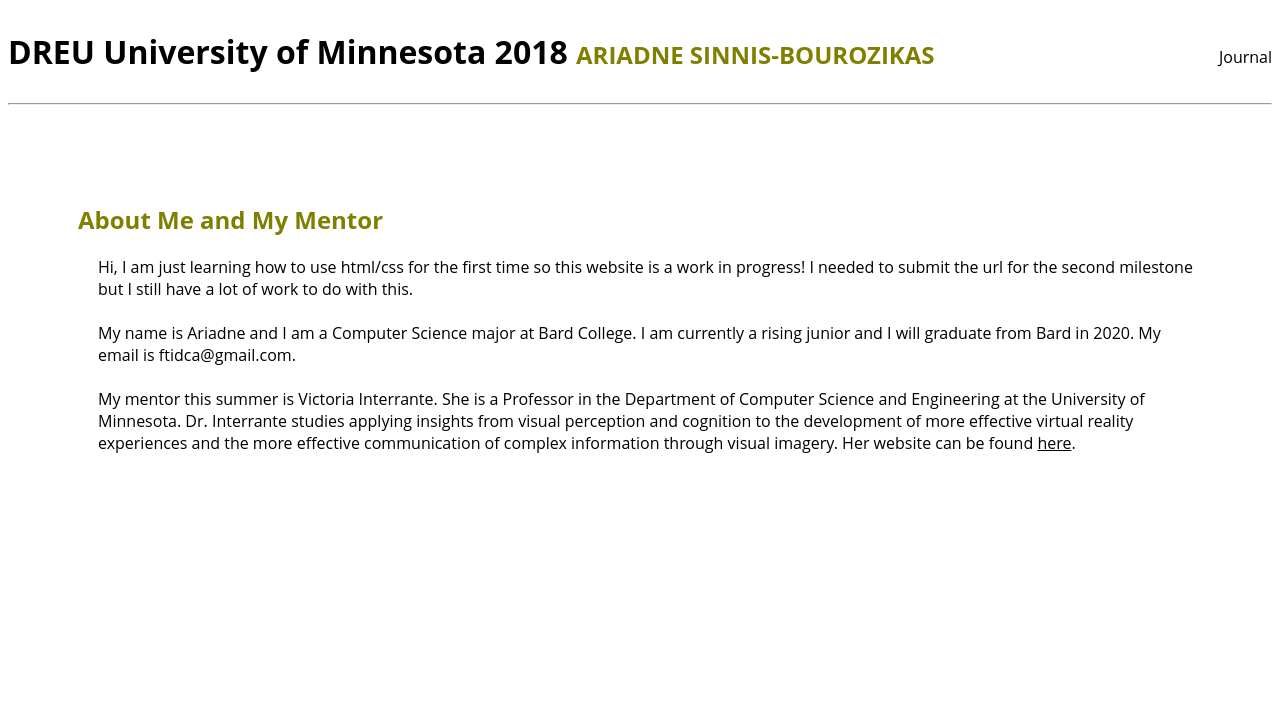
Repository: ariadnesb/dreu2018
Page: index.html
The author's editor kept a record of every edit. The page is drawn from the files as they stood at one moment, then again after the next edit.
The browser window is 1280 px wide. The pictures show the whole page.

Above is the page before.

### index.html
<!DOCTYPE html>
<html>
    <head>
        <title>It's me</title>
        <link rel="stylesheet" href="styles.css">
        <link href="https://fonts.googleapis.com/css?family=Roboto" rel="stylesheet">
    </head>

    <body>
        <div id="header">
            <br>
            <h1>DREU University of Minnesota 2018 </h1>
            <h2>ARIADNE SINNIS-BOUROZIKAS</h2>

            <ul class="nav-bar">
                <li><a href="./journal.html">Journal</a></li>
                <!-- <li><a href="/contact.html">Contact</a></li> -->
            </ul>
            <br><br><hr>
        </div>

        <div id= "journal">
             <h2> About Me and My Mentor </h2>
             <p>
                Hi, I am just learning how to use html/css for the first time so this website is a
                work in progress! I needed to submit the url for the second milestone but I still
                have a lot of work to do with this. <br><br>

                My name is Ariadne and I am a Computer Science major at Bard College. I am currently
                a rising junior and I will graduate from Bard in 2020.
                My email is ftidca@gmail.com.
                <br><br>
                My mentor this summer is Victoria Interrante. She is a Professor in the Department
                of Computer Science and Engineering at the University of Minnesota. Dr. Interrante
                studies applying insights from visual perception and cognition to the development
                of more effective virtual reality experiences and the more effective communication
                of complex information through visual imagery. Her website can be found
                <span id="emb_link"><a href="http://www-users.cs.umn.edu/~interran/">here</a></span>.

            </p>
        </div>


        <!--- divs and spans can have 1 id but many classes

        <h2>Sub header</h2>
        <h6>smol</h6>

        <div id="custom-id">
            Div tag item
        </div>
        Non div tag item

        <br><br>
        <span class="custom-class">Hello</span> world
        -->


    </body>

</html>

### styles.css
html {
  /* everything that u put here will impact contents of <html>
  aka everything */
  font-family: 'Open Sans', sans-serif;
  background-color: offwhite;

}

#custom-id {
    background-color: black;
    color: white;
}

.custom-class{
    color: blue;
    display: inline;

}

#name {
    color: #66D167;
}

#header h1 {
    display: inline;
}

#header h2 {
    display: inline;
    color: olive;
}

#header .nav-bar  {
    display: inline;
    float: right;
    list-style-type: none;

}

#header li {
    display: inline;
    padding: 0;
    background-color: none;
}

 a {
    text-decoration: none;
    display: inline;
    color: black;

}

 a:hover {
    background-color: olive;
    display: inline;
    color:white;
}

#emb_link {
    text-decoration: underline;
}

#journal {
    display:inline-block;
    margin: 70px;
}

#journal h2 {
    color: olive;
}

#journal p{
    margin-left: 20px;
}

#paragraph {
    margin: 70px;
}

After the next edit:
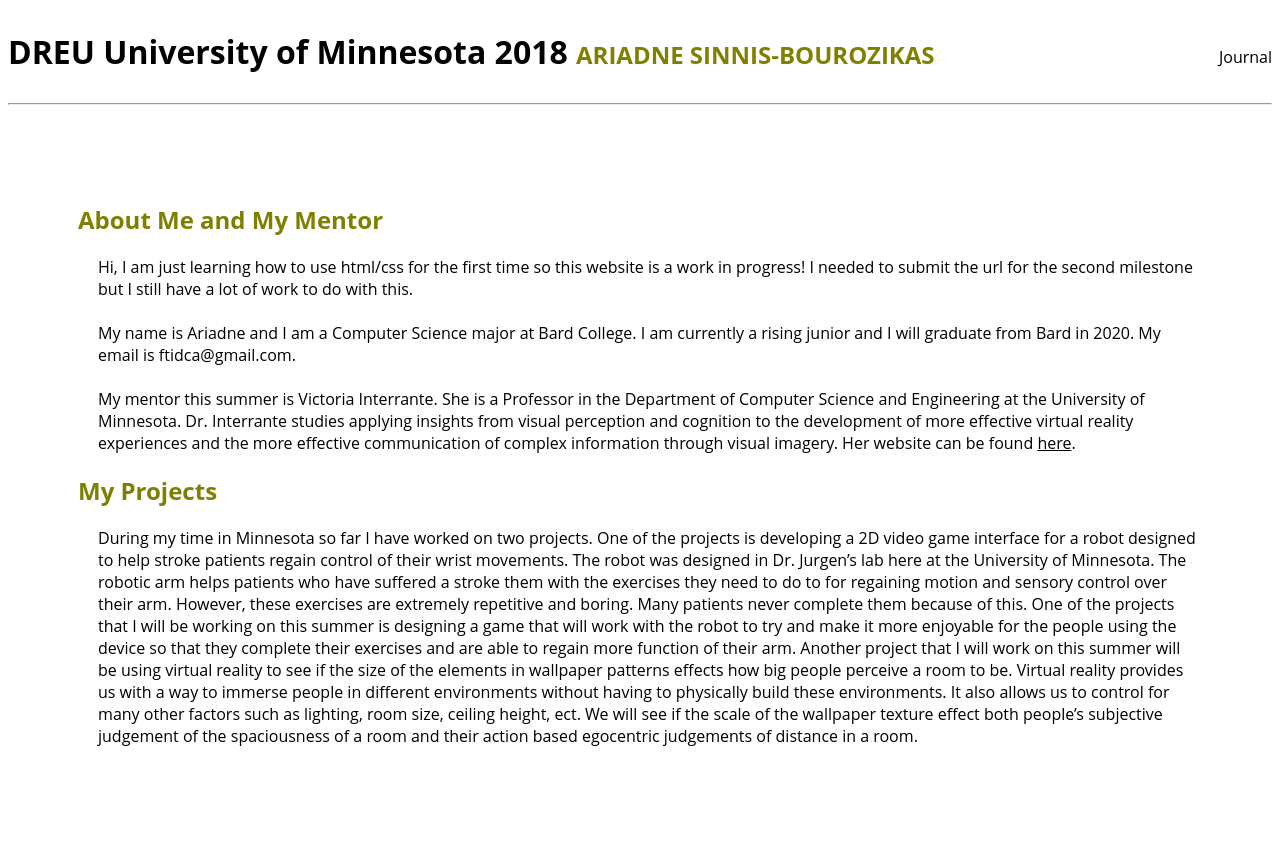
The edit:
--- a/index.html
+++ b/index.html
@@ -38,6 +38,19 @@
                 <span id="emb_link"><a href="http://www-users.cs.umn.edu/~interran/">here</a></span>.
 
             </p>
+            <h2> My Projects </h2>
+            <p>
+                During my time in Minnesota so far I have worked on two projects. One of
+                the projects is developing a 2D video game interface for a robot designed
+                to help stroke patients regain control of their wrist movements. The robot
+                was designed in Dr. Jurgen’s lab here at the University of Minnesota. The
+                robotic arm helps patients who have suffered a stroke them with the exercises
+                they need to do to for regaining motion and sensory control over their arm.
+                However, these exercises are extremely repetitive and boring. Many patients
+                never complete them because of this. One of the projects that I will be working on this summer is designing a game that will work with the robot to try and make it more enjoyable for the people using the device so that they complete their exercises and are able to regain more function of their arm.
+	Another project that I will work on this summer will be using virtual reality to see if the size of the elements in wallpaper patterns effects how big people perceive a room to be. Virtual reality provides us with a way to immerse people in different environments without having to physically build these environments. It also allows us to control for many other factors such as lighting, room size, ceiling height, ect. We will see if the scale of the wallpaper texture effect both people’s subjective judgement of the spaciousness of a room and their action based egocentric judgements of distance in a room.
+
+            </p>
         </div>
 
 
